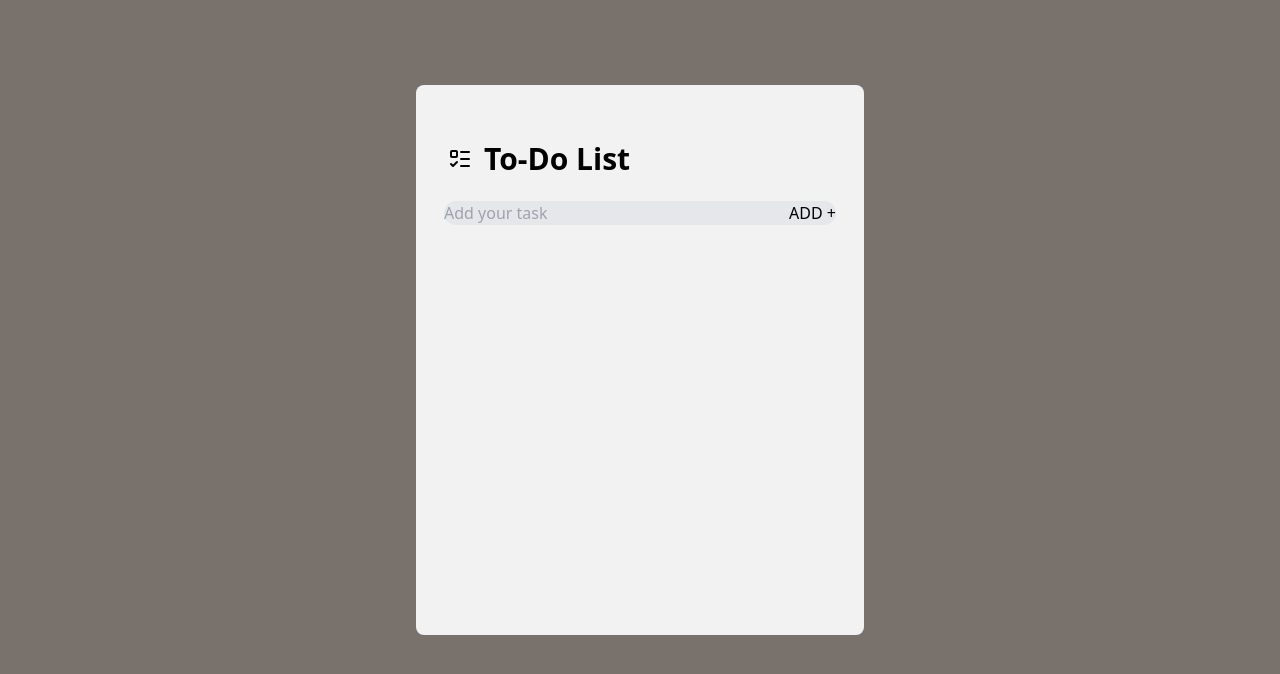
Repository: guilhermecardoso93/todolist-2025-tailwind
Page: /
The author's editor kept a copy of each file at every save. The page is drawn from the files as they stood at one save, then again after the next save.
The browser window is 1280 px wide. The pictures show the whole page.
The project was rebuilt for these pictures with package versions that can differ from the ones it lists, and the page was loaded fresh each time. Also part of the build but not shown: vite.config.js.

Above is the page before, as saved 2024-11-07 20:01:30.

### index.html
<!doctype html>
<html lang="en">
  <head>
    <meta charset="UTF-8" />
    <meta name="viewport" content="width=device-width, initial-scale=1.0" />
    <title>ToDo List</title>
  </head>
  <body>
    <div id="root"></div>
    <script type="module" src="/src/main.jsx"></script>
  </body>
</html>

### src/App.jsx
import "./App.css";
import { ToDo } from "./components/ToDo";

export function App() {
  return (
    <div className="bg-stone-500 grid py-4 min-h-screen">
      <ToDo />
    </div>
  );
}

### src/components/ToDo.jsx
import { ListTodo } from "lucide-react";

export function ToDo() {
  return (
    <div className="bg-[#f2f2f2] place-self-center w-11/12 max-w-md flex flex-col p-7 min-h-[550px] rounded-lg gap-4">
      <div className="flex items-center mt-7 gap-2 flex flex-row">
        <ListTodo className="w-8" />
        <h1 className="text-3xl font-semibold">To-Do List</h1>
      </div>

      <div className="flex items-center my-2 bg-gray-200 rounded-full">
        <input type="text" placeholder="Add your task" className="bg-transparent border-0 outline-none flex-1"/>
        <button>ADD +</button>
      </div>
    </div>
  );
}

Loaded but not shown: src/main.jsx (common file); src/index.css (common file); tailwind.config.js (common file); src/App.css (no stored copy; drawn as an empty file)

After the next save:
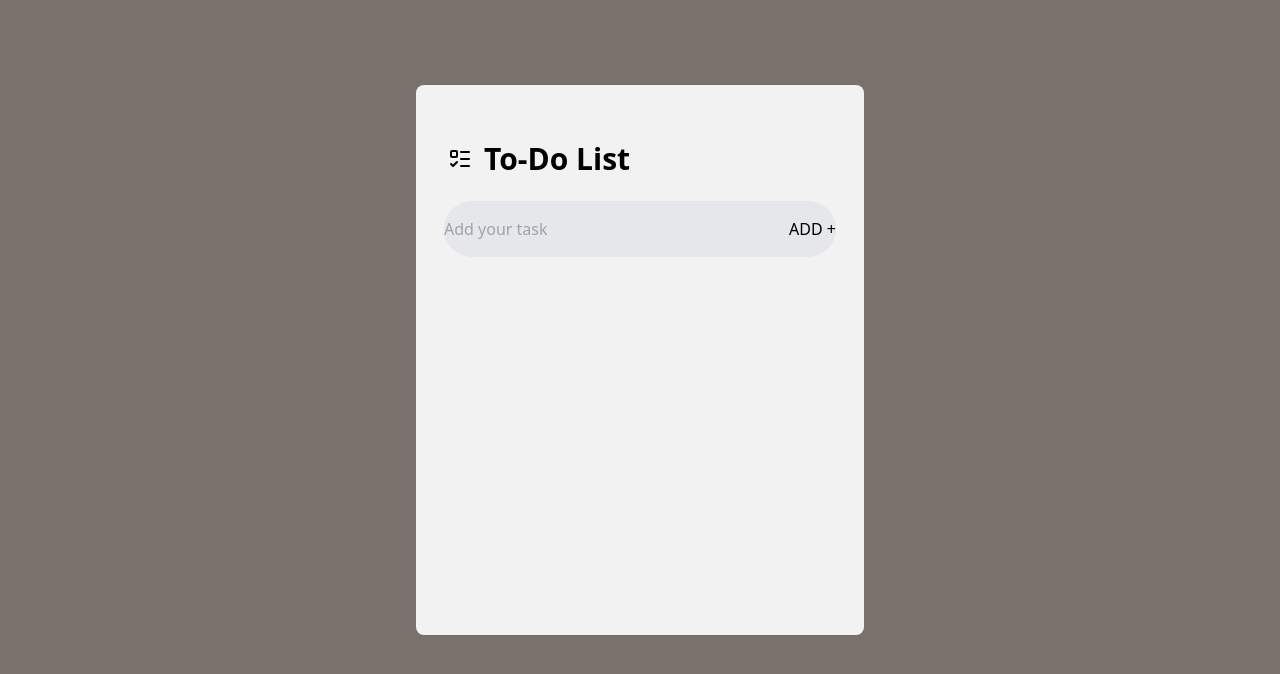
Saved 5 s later.
--- a/src/components/ToDo.jsx
+++ b/src/components/ToDo.jsx
@@ -9,7 +9,7 @@ export function ToDo() {
       </div>
 
       <div className="flex items-center my-2 bg-gray-200 rounded-full">
-        <input type="text" placeholder="Add your task" className="bg-transparent border-0 outline-none flex-1"/>
+        <input type="text" placeholder="Add your task" className="bg-transparent border-0 outline-none flex-1 h-14"/>
         <button>ADD +</button>
       </div>
     </div>
